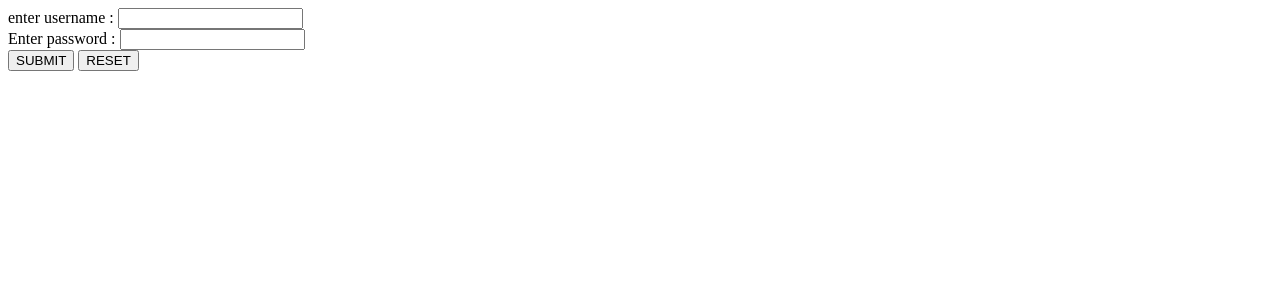
Repository: siddiqnassar/week5
Page: http://localhost/loginService/login.jsp
An editor plug-in stored every save of this project. The page is shown before and after the next save, followed by the edit.
The browser window is 1280 px wide. The pictures show the whole page.
The page is served by Tomcat 9.

Above is the page before, as saved 2019-07-31 09:27:21.

After the next save:
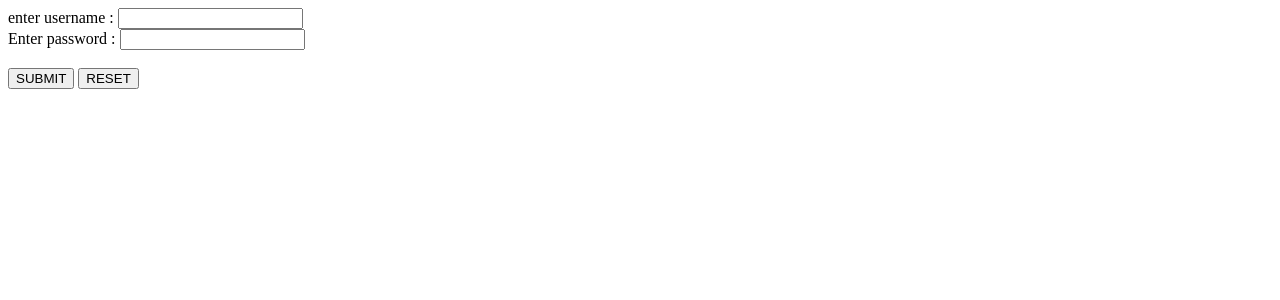
Saved 6 s later.
--- a/loginService/src/main/webapp/login.jsp
+++ b/loginService/src/main/webapp/login.jsp
@@ -9,7 +9,7 @@
 <body>
 <form action=" ">
 enter username : <input type="text" name="t1"><br>
-Enter password : <input type="password" name="t2"><br>
+Enter password : <input type="password" name="t2"><br><br>
 <input type="submit" name="t3" value="SUBMIT">
 <input type="reset" name="t4" value="RESET">
 
